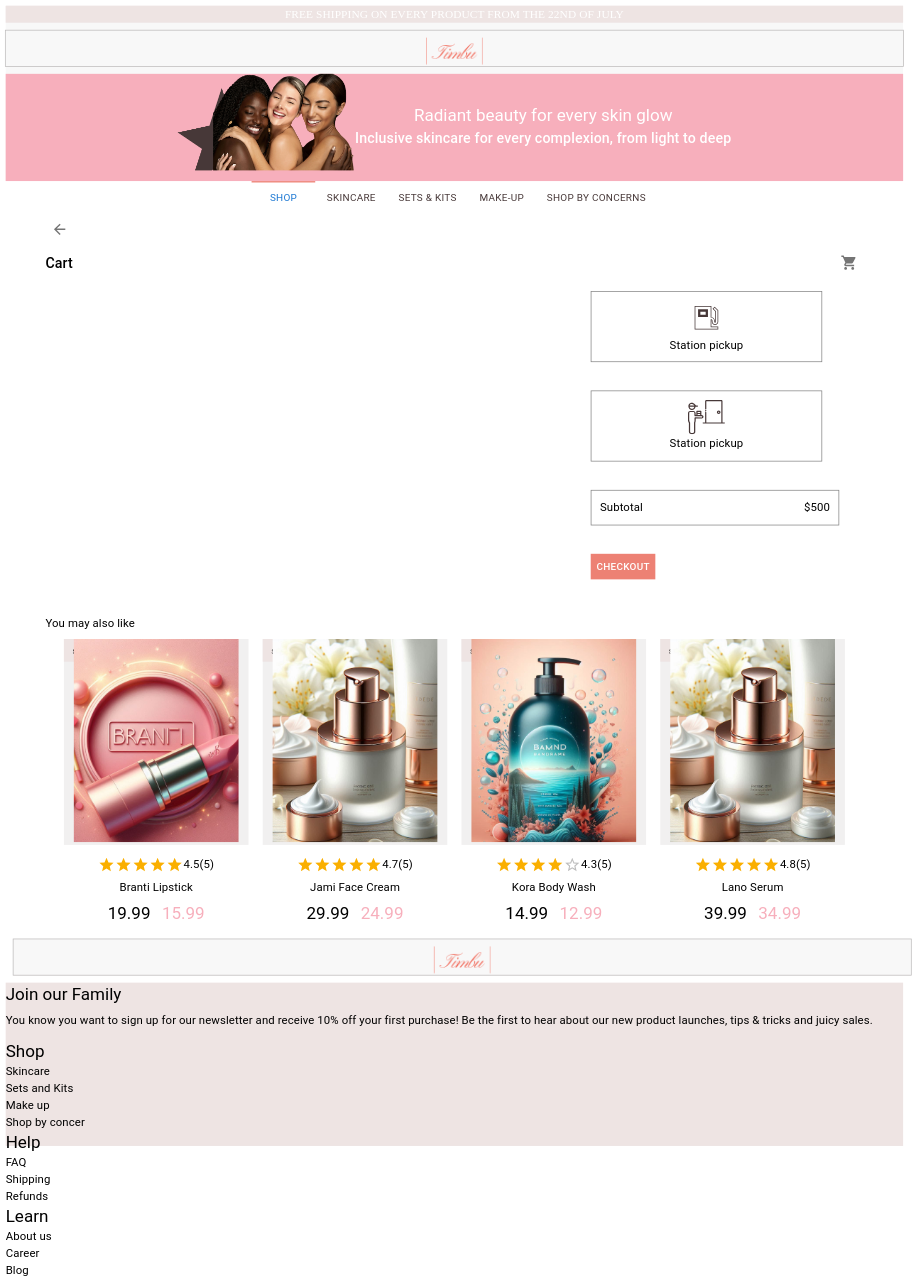
Repository: Armstrong2035/hng-project-two
Page: /cart (app in timbu-store/)
An editor plug-in stored every save of this project. The page is shown before and after the next save, followed by the edit.
The browser window is 1280 px wide. The page is 1284 px wide, so the pictures cover 1284 px, including what lies to the right of the window. The pictures show the whole page, at 71% of full size.
The project was rebuilt for these pictures with package versions that can differ from the ones it lists, and the page was loaded fresh each time. The framework's server and built-in components were replaced by stand-ins that run in the browser. Also part of the build but not shown: timbu-store/next.config.mjs, timbu-store/src/app/fonts.css, timbu-store/components/Products/Filters.js, timbu-store/components/Products/FiltersMobile.js.

Above is the page before, as saved 2024-07-10 00:48:05.

### timbu-store/src/app/layout.js
"use client";

import "./fonts.css";
import { Html, Main, NextScript } from "next/document";
import Head from "next/head";

const metadata = {
  title: "Timbu Store",
  description: "We sell beauty",
};

export default function RootLayout({ children }) {
  return (
    <>
      <html>
        <Head>
          <title>{metadata.title}</title>
          <meta name="description" content={metadata.description} />
        </Head>
        <body>{children}</body>
      </html>
    </>
  );
}

### timbu-store/src/app/cart/page.js
"use client";
import React from "react";
import CartPage from "../../../components/checkout/cart/CartPage";
import Footer from "../../../components/footer/Footer";
import Header from "../../../components/header/Header";

export default function Page() {
  return (
    <>
      <Header />
      <CartPage />
      <Footer />
    </>
  );
}

### timbu-store/components/checkout/cart/CartPage.js
"use client";
import useStore from "@/store/store";
import Image from "next/image";
import doorDelivery from "../../../public/icons/door-delivery.svg";
import stationPickup from "../../../public/icons/station-pickup.svg";
import {
  Typography,
  Box,
  Stack,
  Grid,
  Button,
  Card,
  CardContent,
  Container,
  AppBar,
} from "@mui/material";
import React, { useState } from "react";
import Cart from "./Cart";
import Header from "../../header/Header";
import CartNav from "./CartNav";
import Link from "next/link";
import ProductRecommendations from "../../Products/ProductRecommendations";
export default function CartPage() {
  return (
    <>
      <Container>
        <CartNav />
        <Grid container>
          <Grid item className={"item"} xl={10} lg={8} md={6} sm={12} xs={12}>
            <Cart />
          </Grid>
          <Grid item xl={4} lg={4} md={6} sm={12} xs={12}>
            <Stack spacing={5}>
              <Box
                sx={{
                  border: "1px solid grey",
                  height: "98px",
                  width: "324px",
                  display: "flex",
                  flexDirection: "column",
                  alignItems: "center",
                  justifyContent: "center",
                }}
              >
                <Image alt={"station pickup"} src={stationPickup} />
                <Typography>Station pickup</Typography>
              </Box>

              <Box
                sx={{
                  border: "1px solid grey",
                  height: "98px",
                  width: "324px",
                  display: "flex",
                  flexDirection: "column",
                  alignItems: "center",
                  justifyContent: "center",
                }}
              >
                <Image alt={"door delivery"} src={doorDelivery} />
                <Typography>Station pickup</Typography>
              </Box>

              <Box
                sx={{
                  border: "1px solid grey",
                  width: "324px",
                  display: "flex",
                  flexDirection: "row",
                  alignItems: "center",
                  justifyContent: "space-between",
                  padding: "12px",
                }}
              >
                <Typography>Subtotal</Typography>
                <Typography>$500</Typography>
              </Box>
              <Link href={"/checkout"}>
                <Button
                  sx={{
                    backgroundColor: " #ED8174",
                    color: "#FFFFFF",
                    borderRadius: "0",
                    "&:hover": {
                      backgroundColor: "#C9675B",
                    },
                  }}
                >
                  Checkout
                </Button>
              </Link>
            </Stack>
          </Grid>
        </Grid>
        <ProductRecommendations />
      </Container>
    </>
  );
}

### timbu-store/components/footer/Footer.js
import React from "react";
import {
  Container,
  Grid,
  Typography,
  TextField,
  Button,
  AppBar,
  Toolbar,
  Box,
  Stack,
} from "@mui/material";
import TimbuStore from "../header/TimbuStore";

function Footer() {
  return (
    <>
      <TimbuStore />
      <Box
        sx={{
          inTop: "2rem",
          backgroundColor: "#EEE4E3",
          height: "230px",
        }}
      >
        <Grid container>
          <Grid item sm={12}>
            <Stack>
              <Typography variant="h5" gutterBottom>
                Join our Family
              </Typography>
              <Typography variant="body1" paragraph>
                You know you want to sign up for our newsletter and receive 10%
                off your first purchase! Be the first to hear about our new
                product launches, tips & tricks and juicy sales.
              </Typography>
            </Stack>
          </Grid>

          <Grid item sm={12}>
            <Grid container direction={"column"}>
              <Grid item sm={12}>
                <Stack>
                  <Typography variant={"h5"}>Shop</Typography>
                  <Typography>Skincare</Typography>
                  <Typography>Sets and Kits</Typography>
                  <Typography>Make up</Typography>
                  <Typography>Shop by concer</Typography>
                </Stack>
              </Grid>
              <Grid item sm={12}>
                <Stack>
                  <Typography variant={"h5"}>Help</Typography>
                  <Typography>FAQ</Typography>
                  <Typography>Shipping</Typography>
                  <Typography>Refunds</Typography>
                </Stack>
              </Grid>
              <Grid item sm={12}>
                <Stack>
                  <Typography variant={"h5"}>Learn</Typography>
                  <Typography>About us</Typography>
                  <Typography>Career</Typography>
                  <Typography>Blog</Typography>
                </Stack>
              </Grid>
            </Grid>
          </Grid>
        </Grid>
      </Box>
    </>
  );
}

export default Footer;

### timbu-store/components/header/Header.js
"use client";
import { AppBar, Typography, Box, Stack } from "@mui/material";
import React from "react";
import Image from "next/image";
import Group1 from "../../public/utility-images/Group1.png";
import TimbuStore from "./TimbuStore";
import Promotion from "./Promotion";
import SimpleTabs from "./NavBar";
import Filters from "../Products/Filters";
import { useTheme } from "@mui/material/styles";
import useMediaQuery from "@mui/material/useMediaQuery";
import FiltersMobile from "../Products/FiltersMobile";

export default function Header() {
  const theme = useTheme();
  const isDesktop = useMediaQuery(theme.breakpoints.up("lg"));

  return (
    <>
      <Stack alignItems={"center"}>
        <AppBar
          elevation={"none"}
          sx={{
            backgroundColor: "#F8F8F8",
            position: "relative",
            width: "100%",
          }}
        >
          <Stack alignItems={"center"}>
            <Promotion />
            <TimbuStore />
            <Stack
              alignItems={"center"}
              textAlign={"center"}
              direction={isDesktop ? "row" : "column-reverse"}
              justifyContent={"center"}
              sx={{ backgroundColor: "#F7AFBC", width: "100%" }}
            >
              <Box sx={{ width: "250.08px", height: "150.77px" }}>
                <Image
                  src={Group1}
                  alt={"group of women"}
                  layout="responsive"
                  width={100}
                  height={100}
                  objectFit="contain"
                />
              </Box>
              <Box>
                <Typography variant={"h5"}>
                  Radiant beauty for every skin glow
                </Typography>
                <Typography variant={"h6"}>
                  Inclusive skincare for every complexion, from light to deep
                </Typography>
              </Box>
            </Stack>
          </Stack>
        </AppBar>

        {!isDesktop && (
          <Box sx={{ alignSelf: "flex-start" }}>
            <FiltersMobile />
          </Box>
        )}

        {isDesktop && <SimpleTabs />}
      </Stack>
    </>
  );
}

### timbu-store/src/store/store.js
import { create } from "zustand";
import { persist } from "zustand/middleware";

const useStore = create(
  (set) => ({
    cart: [],
    addToCart: (item) => set((state) => ({ cart: [...state.cart, item] })),
  }),
  {
    name: "cart-storage",
  }
);

export default useStore;

### timbu-store/components/checkout/cart/Cart.js
"use client";
import React, { useState } from "react";
import useStore from "@/store/store";
import {
  Box,
  Grid,
  Stack,
  Card,
  CardContent,
  Typography,
  Button,
} from "@mui/material";
import Image from "next/image";

export default function Cart() {
  const [orderVolume, setOrderVolume] = useState(1);
  const cart = useStore((state) => state.cart);

  console.log(cart);
  return (
    <>
      <Stack spacing={10}>
        {cart.map((item) => (
          <Box
            key={item.id}
            className={"order summary"}
            style={{
              width: "100%",
              display: "flex",
              alignItems: "center",
              justifyContent: "space-between",
            }}
          >
            <Box sx={{ backgroundColor: "#F8F8F8" }}>
              <Stack direction={"row"} alignItems={"center"} spacing={2}>
                <Box
                  sx={{
                    display: "flex",
                    alignItems: "center",
                    justifyContent: "center",
                    backgroundColor: "#F1F0F0",
                    position: "relative",
                    "&:hover .add-to-cart": {
                      opacity: 1,
                    },

                    "&:hover": {
                      backgroundColor: "#E6DFDF",
                    },
                    width: "260px",
                    height: "290px",
                  }}
                  elevation={"none"}
                >
                  <div
                    style={{
                      width: "300",
                      height: "300",
                      position: "relative",
                      padding: "10px, 10px",
                    }}
                  >
                    <Image
                      src={item.imageUrl}
                      alt={item.productName}
                      layout="responsive"
                      width={500}
                      height={500}
                      objectFit="contain"
                    />
                  </div>
                </Box>
                <Box sx={{ padding: "16px" }}>
                  <Typography>{item.productName}</Typography>
                  <Box
                    sx={{
                      border: "1px solid #B2A6A6",
                      display: "flex",
                      flexDirection: "row",
                      alignItems: "center",
                      margin: "10px 0",
                    }}
                  >
                    <Button
                      sx={{ color: "#473838" }}
                      onClick={() =>
                        setOrderVolume(orderVolume > 1 ? orderVolume - 1 : 1)
                      }
                    >
                      -
                    </Button>
                    <Typography sx={{ padding: "0 10px" }}>
                      {orderVolume}
                    </Typography>
                    <Button
                      sx={{ color: "#473838" }}
                      onClick={() => setOrderVolume(orderVolume + 1)}
                    >
                      +
                    </Button>
                  </Box>

                  <Button sx={{ color: "#ED8174" }}>Remove</Button>
                </Box>
              </Stack>
            </Box>

            <Typography sx={{ margin: "auto 80px" }}>
              {item.discountPrice}
            </Typography>
          </Box>
        ))}
      </Stack>
    </>
  );
}

### timbu-store/components/checkout/cart/CartNav.js
"use client";

import { Box, Stack, Typography, IconButton } from "@mui/material";
import React from "react";
import ArrowBackIcon from "@mui/icons-material/ArrowBack";
import ShoppingCartIcon from "@mui/icons-material/ShoppingCart";
import Link from "next/link";

export default function CartNav() {
  return (
    <Box sx={{ width: "100%", paddingBottom: "20px" }}>
      <Link href={"/"}>
        <IconButton sx={{ paddingBottom: "15px" }}>
          <ArrowBackIcon />
        </IconButton>
      </Link>

      <Stack
        direction={"row"}
        justifyContent={"space-between"}
        alignItems="center"
      >
        <Typography variant="h6">Cart</Typography>
        <IconButton>
          <ShoppingCartIcon />
        </IconButton>
      </Stack>
    </Box>
  );
}

### timbu-store/components/Products/ProductRecommendations.js
"use client";
import { inventory } from "@/products";
import {
  Container,
  Grid,
  Box,
  Chip,
  Stack,
  Typography,
  Rating,
} from "@mui/material";
import Link from "next/link";
import Image from "next/image";
import React from "react";

export default function ProductRecommendations() {
  const recommendations = inventory.slice(0, 4);
  return (
    <Stack alignItems={"center"} sx={{ paddingTop: "50px" }}>
      <Typography sx={{ alignSelf: "flex-start" }}>
        You may also like
      </Typography>
      <Box
        sx={{
          display: "flex",
          flexDirection: "row",
          flexWrap: "wrap",
          alignItems: "center",
          justifyContent: "center",
        }}
      >
        {recommendations.map((product, index) => (
          <Box
            key={product.productName}
            sx={{
              margin: "10px 10px",
            }}
          >
            <Stack direction={"column"} spacing={2}>
              <Link
                href={`/product/${encodeURIComponent(product.productName)}`}
              >
                <Box
                  sx={{
                    display: "flex",
                    alignItems: "center",
                    justifyContent: "center",
                    backgroundColor: "#F1F0F0",
                    position: "relative",
                    "&:hover .add-to-cart": {
                      opacity: 1,
                    },

                    "&:hover": {
                      backgroundColor: "#E6DFDF",
                    },
                    width: "260px",
                    height: "290px",
                  }}
                  elevation={"none"}
                >
                  <Chip
                    label={"sale"}
                    sx={{
                      position: "absolute",
                      top: "0",
                      left: "0",
                      borderRadius: "0",
                      backgroundColor: "#EEE4E3",
                    }}
                  />

                  <div
                    style={{
                      width: "300",
                      height: "300",
                      position: "relative",
                      padding: "10px, 10px",
                    }}
                  >
                    <Image
                      src={product.imageUrl}
                      alt={product.productName}
                      layout="responsive"
                      width={500}
                      height={500}
                      objectFit="contain"
                    />
                  </div>

                  <Box
                    className="add-to-cart"
                    sx={{
                      backgroundColor: "#ED8174",
                      color: "white",
                      position: "absolute",
                      bottom: 0,
                      width: "100%",
                      height: "50px",
                      display: "flex",
                      justifyContent: "center",
                      alignItems: "center",
                      opacity: 0,
                      transition: "opacity 0.3s",
                      cursor: "pointer",
                      "&:hover": {
                        backgroundColor: "#C9675B",
                      },
                    }}
                    onClick={(e) => {
                      e.stopPropagation();
                      e.preventDefault();
                      addToCart(product);
                    }}
                  >
                    Add To Cart
                  </Box>
                </Box>
              </Link>

              <Box>
                <Stack spacing={1} alignItems={"center"}>
                  <Stack direction={"row"}>
                    <Rating name="read-only" value={product.rating} readOnly />
                    <Typography>{`${product.rating}(5)`}</Typography>
                  </Stack>
                  <Typography>{`${product.productName}`}</Typography>
                  <Stack spacing={2} direction={"row"}>
                    <Typography variant={"h5"}>{`${product.price}`}</Typography>

                    <Typography
                      variant={"h5"}
                      sx={{ color: "#F7AFBC" }}
                    >{`${product.discountPrice}`}</Typography>
                  </Stack>
                </Stack>
              </Box>
            </Stack>
          </Box>
        ))}
      </Box>
    </Stack>
  );
}

### timbu-store/components/header/TimbuStore.js
"use client";

import Image from "next/image";
import Timbu from "../../public/utility-images/Timbu.png";
import Link from "next/link";

export default function TimbuStore() {
  return (
    <div
      style={{
        width: "100%",
        backgroundColor: "#F8F8F8",
        display: "flex",
        justifyContent: "center",
        alignItems: "center",
        padding: "10px 0",
        border: "1px solid #BCBABA",
        margin: "10px",
      }}
    >
      <Link href={"/"}>
        <div style={{ width: "80px", height: "30px" }}>
          <Image
            src={Timbu}
            alt={"timbu store logo"}
            layout="responsive"
            width={50}
            height={50}
            objectFit="contain"
          />
        </div>
      </Link>
    </div>
  );
}

### timbu-store/components/header/Promotion.js
"use client";

import { Typography, Box } from "@mui/material";
import React from "react";

export default function Promotion() {
  return (
    <>
      <Box
        sx={{
          display: "flex",
          alignItems: "center",
          justifyContent: "center",
          width: "100%",
          backgroundColor: "#EEE4E3",
          padding: "15px, 0",
        }}
      >
        <Typography sx={{ fontFamily: "kanit-regular" }}>
          FREE SHIPPING ON EVERY PRODUCT FROM THE 22ND OF JULY
        </Typography>
      </Box>
    </>
  );
}

### timbu-store/components/header/NavBar.js
import React, { useState } from "react";
import { Tabs, Tab, Typography, Box } from "@mui/material";

function TabPanel(props) {
  const { children, value, index, ...other } = props;

  return (
    <div
      role="tabpanel"
      hidden={value !== index}
      id={`simple-tabpanel-${index}`}
      aria-labelledby={`simple-tab-${index}`}
      {...other}
    >
      {value === index && <Typography>{children}</Typography>}
    </div>
  );
}

export default function SimpleTabs() {
  const [value, setValue] = useState(0);

  const handleChange = (event, newValue) => {
    setValue(newValue);
  };

  return (
    <Box>
      <Tabs
        value={value}
        onChange={handleChange}
        TabIndicatorProps={{
          style: {
            top: 0,
            bottom: "auto",
            backgroundColor: "#ED8174",
          },
        }}
        sx={{
          "& .MuiTab-root": {
            fontWeight: "normal",
          },
          "& .Mui-selected": {
            color: "#473838",
            fontWeight: "normal",
          },
        }}
      >
        <Tab
          label="Shop"
          sx={{
            color: " #473838",
            fontWeight: "normal",
          }}
        />
        <Tab
          label="Skincare"
          sx={{
            color: " #473838",
            fontWeight: "normal",
          }}
        />
        <Tab
          label="Sets & Kits"
          sx={{
            color: " #473838",
            fontWeight: "normal",
          }}
        />
        <Tab
          label="Make-up"
          sx={{
            color: " #473838",
            fontWeight: "normal",
          }}
        />
        <Tab
          label="Shop by Concerns"
          sx={{
            color: " #473838",
            fontWeight: "normal",
          }}
        />
      </Tabs>
    </Box>
  );
}

Loaded but not shown: timbu-store/src/products.js (254 lines, source omitted)

After the next save:
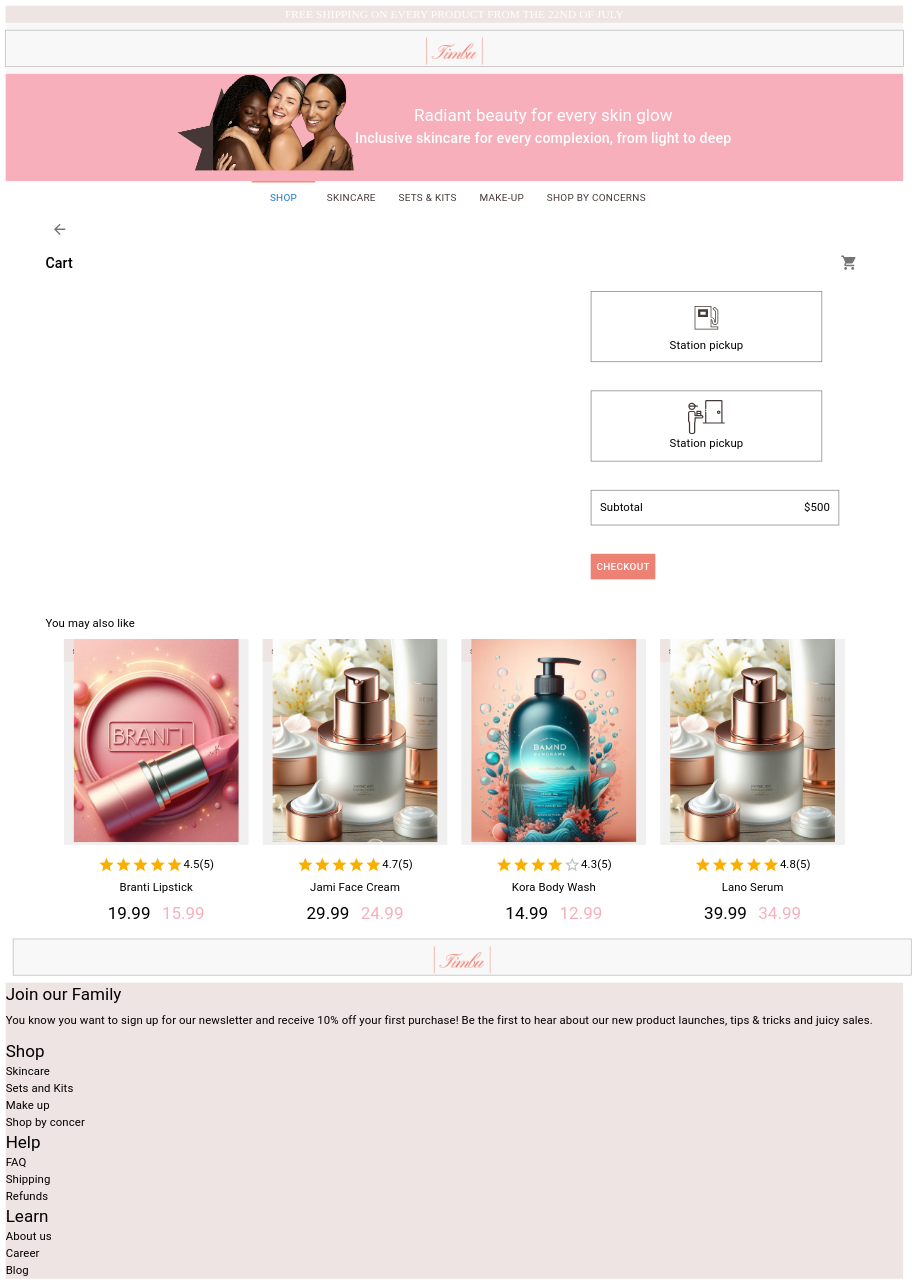
Saved 9 s later.
--- a/timbu-store/components/footer/Footer.js
+++ b/timbu-store/components/footer/Footer.js
@@ -20,7 +20,6 @@ function Footer() {
         sx={{
           inTop: "2rem",
           backgroundColor: "#EEE4E3",
-          height: "230px",
         }}
       >
         <Grid container>
